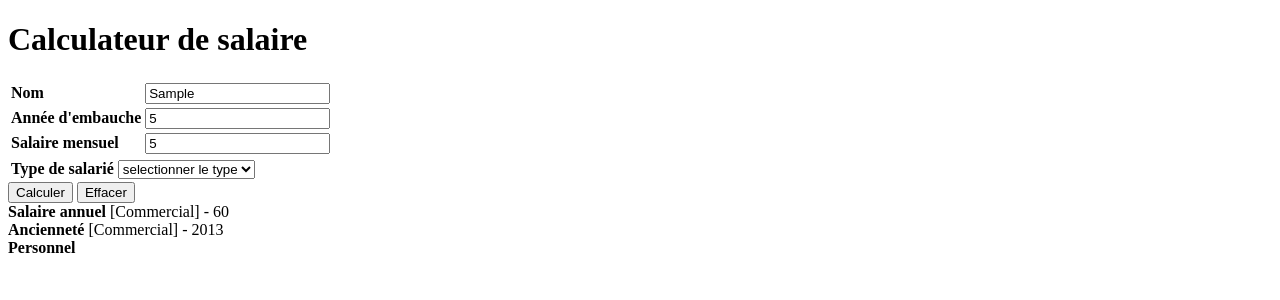
Repository: AgatheLM/formation_js
Page: insee-travaux-js/insee-client-js/tp2.html
The author's editor kept a copy of each file at every save. The page is drawn from the files as they stood at one save, then again after the next save.
The browser window is 1280 px wide. The pictures show the whole page.
Empty fields were first filled with sample values (such as "Sample", 5 or name@example.com).
After loading, the first visible `input[onclick="calculer()"]` was clicked once.

Above is the page before, as saved 2018-01-25 11:13:45.

After the next save:
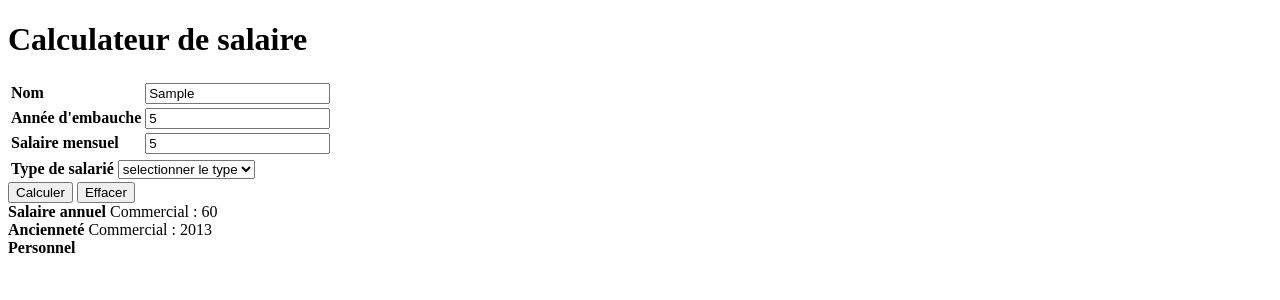
Saved 92 s later.
--- a/insee-travaux-js/insee-client-js/scripts/TP2/main.js
+++ b/insee-travaux-js/insee-client-js/scripts/TP2/main.js
@@ -50,16 +50,16 @@
 		 if (type=="dev"){
 			 var p = new Developpeur(nom, anEmb, salM, nbAppli, note);
 			 var salaireA = p.getSalaireA();
-			 writer.Tag("salAn", "[Developpeur] - " + salaireA);
+			 writer.Tag("salAn", "Developpeur : " + salaireA);
 			 var anciennete = p.getAnciennete();
-			 writer.Tag("anciennete", "[Developpeur] - " + anciennete);
+			 writer.Tag("anciennete", "Developpeur : " + anciennete);
 
 		 }else{
 			 var p = new Commercial(nom, anEmb, salM, nbClient, pourcent, caMoy);
 			 var salaireA =  p.getSalaireA();
-			 writer.Tag("salAn", "[Commercial] - " + salaireA);
+			 writer.Tag("salAn", "Commercial : " + salaireA);
 			 var anciennete = p.getAnciennete();
-			 writer.Tag("anciennete", "[Commercial] - " + anciennete);
+			 writer.Tag("anciennete", "Commercial : " + anciennete);
 
 		 }
 	 }catch(e){
